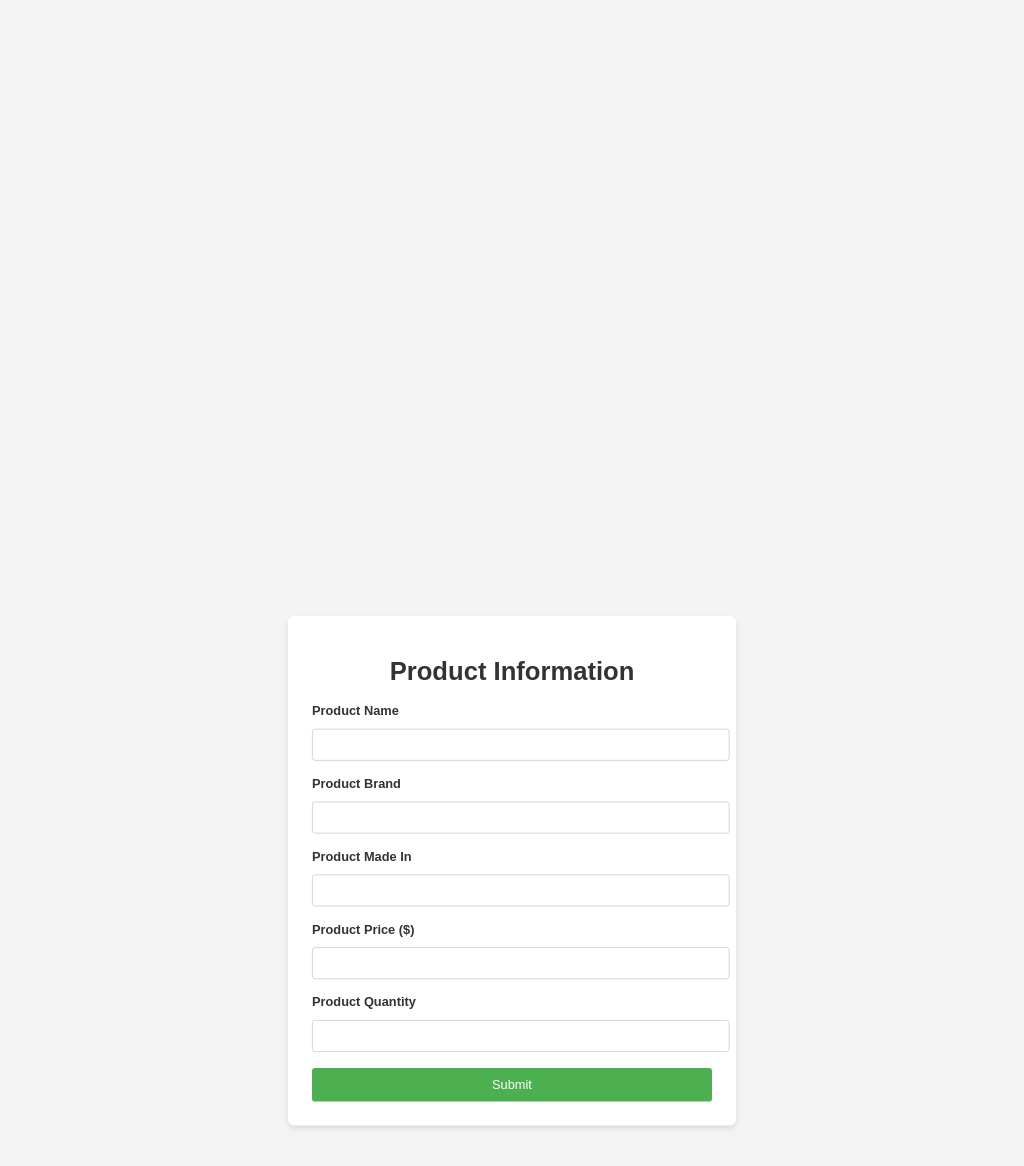
Repository: Prishu1310/SpringBootProjects
Page: http://localhost/add-product
The author's editor kept a copy of each file at every save. The page is drawn from the files as they stood at one save, then again after the next save.
The browser window is 1280 px wide. The pictures show the whole page, at 80% of full size.
The page is this project's Thymeleaf template; nobody is signed in. The template is opened directly, without the code that normally fills it, so the values that code supplies are empty.

Above is the page before, as saved 2024-12-21 16:38:47.

### com.springbootmvc/src/main/resources/templates/add-product.html
<!DOCTYPE html>
<html lang="en" xmlns:th="http://www.thymeleaf.org">
<head>
    <meta charset="UTF-8">
    <meta name="viewport" content="width=device-width, initial-scale=1.0">
    <title>Product Form</title>
    <style>
    body {
    font-family: Arial, sans-serif;
    background-color: #f4f4f4;
    margin: 0;
    padding: 0;
}

.form-container {
    background-color: white;
    max-width: 500px;
    margin: 50px auto;
    padding: 30px;
    border-radius: 8px;
    box-shadow: 0 4px 8px rgba(0, 0, 0, 0.1);
}

h1 {
    text-align: center;
    color: #333;
}

.form-group {
    margin-bottom: 20px;
}

label {
    font-weight: bold;
    display: block;
    margin-bottom: 8px;
    color: #333;
}

input[type="text"],
input[type="number"] {
    width: 100%;
    padding: 10px;
    margin-top: 5px;
    border: 1px solid #ccc;
    border-radius: 4px;
    font-size: 16px;
}

input[type="number"]::-webkit-outer-spin-button,
input[type="number"]::-webkit-inner-spin-button {
    -webkit-appearance: none;
    margin: 0;
}

.submit-btn {
    width: 100%;
    padding: 12px;
    background-color: #4CAF50;
    color: white;
    font-size: 16px;
    border: none;
    border-radius: 4px;
    cursor: pointer;
    transition: background-color 0.3s;
}

.submit-btn:hover {
    background-color: #45a049;
}
.box-divider--light-all-2 {
    box-shadow: inset 0 0 0 2px #e3e8ee;
}
.box-background--blue {
    background-color: #5469d4;
}
.box-background--white {
  background-color: #ffffff;
}
.box-background--blue800 {
    background-color: #212d63;
}
.box-background--gray100 {
    background-color: #e3e8ee;
}
.box-background--cyan200 {
    background-color: #7fd3ed;
}
    </style>
</head>
<body>
<div class="login-root">
    <div class="box-root flex-flex flex-direction--column" style="min-height: 100vh;flex-grow: 1;">
      <div class="loginbackground box-background--white padding-top--64">
        <div class="loginbackground-gridContainer">
          <div class="box-root flex-flex" style="grid-area: top / start / 8 / end;">
            <div class="box-root" style="background-image: linear-gradient(white 0%, rgb(247, 250, 252) 33%); flex-grow: 1;">
            </div>
          </div>
          <div class="box-root flex-flex" style="grid-area: 4 / 2 / auto / 5;">
            <div class="box-root box-divider--light-all-2 animationLeftRight tans3s" style="flex-grow: 1;"></div>
          </div>
          <div class="box-root flex-flex" style="grid-area: 6 / start / auto / 2;">
            <div class="box-root box-background--blue800" style="flex-grow: 1;"></div>
          </div>
          <div class="box-root flex-flex" style="grid-area: 7 / start / auto / 4;">
            <div class="box-root box-background--blue animationLeftRight" style="flex-grow: 1;"></div>
          </div>
          <div class="box-root flex-flex" style="grid-area: 8 / 4 / auto / 6;">
            <div class="box-root box-background--gray100 animationLeftRight tans3s" style="flex-grow: 1;"></div>
          </div>
          <div class="box-root flex-flex" style="grid-area: 2 / 15 / auto / end;">
            <div class="box-root box-background--cyan200 animationRightLeft tans4s" style="flex-grow: 1;"></div>
          </div>
          <div class="box-root flex-flex" style="grid-area: 3 / 14 / auto / end;">
            <div class="box-root box-background--blue animationRightLeft" style="flex-grow: 1;"></div>
          </div>
          <div class="box-root flex-flex" style="grid-area: 4 / 17 / auto / 20;">
            <div class="box-root box-background--gray100 animationRightLeft tans4s" style="flex-grow: 1;"></div>
          </div>
          <div class="box-root flex-flex" style="grid-area: 5 / 14 / auto / 17;">
            <div class="box-root box-divider--light-all-2 animationRightLeft tans3s" style="flex-grow: 1;"></div>
          </div>
        </div>
      </div>
      </div>
      </div>

    <div class="form-container">
        <h1>Product Information</h1>
        <form th:action="@{/saveProduct}" method="post">
            <div class="form-group">
                <label for="product-name">Product Name</label>
                <input type="text" name="name" required>
            </div>

            <div class="form-group">
                <label for="product-brand">Product Brand</label>
                <input type="text" name="brand" required>
            </div>

            <div class="form-group">
                <label for="product-madein">Product Made In</label>
                <input type="text" name="madeIn" required>
            </div>

            <div class="form-group">
                <label for="product-price">Product Price ($)</label>
                <input type="number" name="price" step="0.01" required>
            </div>

            <div class="form-group">
                <label for="product-quantity">Product Quantity</label>
                <input type="number" name="quantity" min="1" required>
            </div>

            <button type="submit" class="submit-btn">Submit</button>
        </form>
    </div>

</body>
</html>

After the next save:
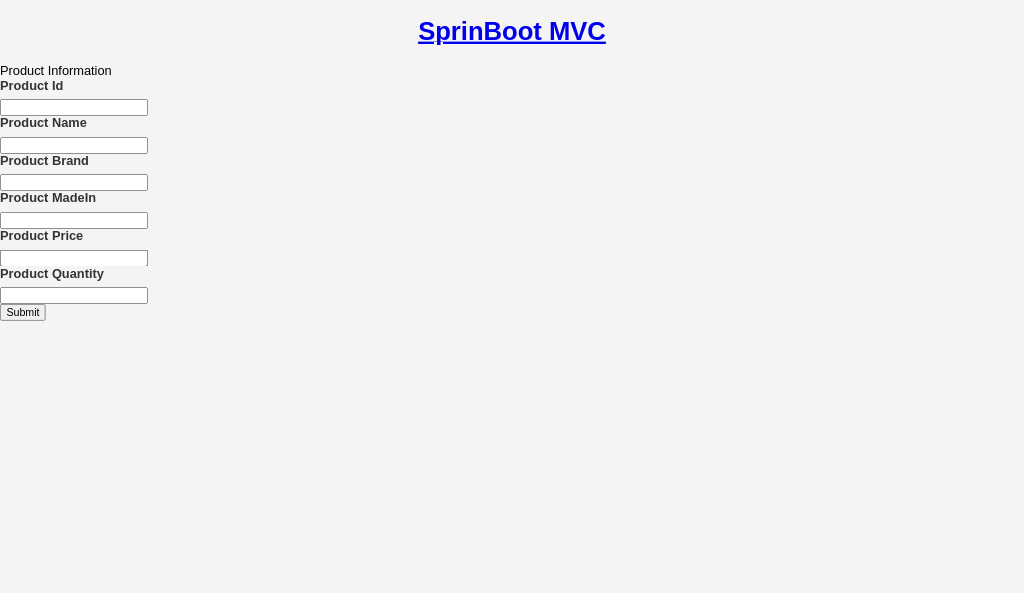
Saved 16 min 24 s later.
--- a/com.springbootmvc/src/main/resources/templates/add-product.html
+++ b/com.springbootmvc/src/main/resources/templates/add-product.html
@@ -68,28 +68,11 @@ input[type="number"]::-webkit-inner-spin-button {
 .submit-btn:hover {
     background-color: #45a049;
 }
-.box-divider--light-all-2 {
-    box-shadow: inset 0 0 0 2px #e3e8ee;
-}
-.box-background--blue {
-    background-color: #5469d4;
-}
-.box-background--white {
-  background-color: #ffffff;
-}
-.box-background--blue800 {
-    background-color: #212d63;
-}
-.box-background--gray100 {
-    background-color: #e3e8ee;
-}
-.box-background--cyan200 {
-    background-color: #7fd3ed;
-}
     </style>
 </head>
 <body>
-<div class="login-root">
+
+    <div class="login-root">
     <div class="box-root flex-flex flex-direction--column" style="min-height: 100vh;flex-grow: 1;">
       <div class="loginbackground box-background--white padding-top--64">
         <div class="loginbackground-gridContainer">
@@ -123,40 +106,48 @@ input[type="number"]::-webkit-inner-spin-button {
           </div>
         </div>
       </div>
+      <div class="box-root padding-top--24 flex-flex flex-direction--column" style="flex-grow: 1; z-index: 9;">
+        <div class="box-root padding-top--48 padding-bottom--24 flex-flex flex-justifyContent--center">
+          <h1><a href="http://blog.stackfindover.com/" rel="dofollow">SprinBoot MVC</a></h1>
+        </div>
+        <div class="formbg-outer">
+          <div class="formbg">
+            <div class="formbg-inner padding-horizontal--48">
+              <span class="padding-bottom--15" style="text-align:center">Product Information</span>
+              <form id="stripe-login" th:action="@{/saveProduct}" method="post">
+                <div class="field padding-bottom--24">
+                  <label for="email">Product Id</label>
+                  <input type="email" name="id">
+                </div>
+                <div class="field padding-bottom--24">
+                  <label for="email">Product Name</label>
+                  <input type="email" name="id">
+                </div>
+                <div class="field padding-bottom--24">
+                  <label for="email">Product Brand</label>
+                  <input type="email" name="id">
+                </div>
+                <div class="field padding-bottom--24">
+                  <label for="email">Product MadeIn</label>
+                  <input type="email" name="id">
+                </div>
+                <div class="field padding-bottom--24">
+                  <label for="email">Product Price</label>
+                  <input type="email" name="id">
+                </div>
+                <div class="field padding-bottom--24">
+                  <label for="email">Product Quantity</label>
+                  <input type="email" name="id">
+                </div>
+                <div class="field padding-bottom--24">
+                  <input type="submit" name="submit" value="Submit">
+                </div>
+              </form>
+            </div>
+          </div>
+        </div>
       </div>
-      </div>
-
-    <div class="form-container">
-        <h1>Product Information</h1>
-        <form th:action="@{/saveProduct}" method="post">
-            <div class="form-group">
-                <label for="product-name">Product Name</label>
-                <input type="text" name="name" required>
-            </div>
-
-            <div class="form-group">
-                <label for="product-brand">Product Brand</label>
-                <input type="text" name="brand" required>
-            </div>
-
-            <div class="form-group">
-                <label for="product-madein">Product Made In</label>
-                <input type="text" name="madeIn" required>
-            </div>
-
-            <div class="form-group">
-                <label for="product-price">Product Price ($)</label>
-                <input type="number" name="price" step="0.01" required>
-            </div>
-
-            <div class="form-group">
-                <label for="product-quantity">Product Quantity</label>
-                <input type="number" name="quantity" min="1" required>
-            </div>
-
-            <button type="submit" class="submit-btn">Submit</button>
-        </form>
     </div>
-
+  </div>
 </body>
 </html>
